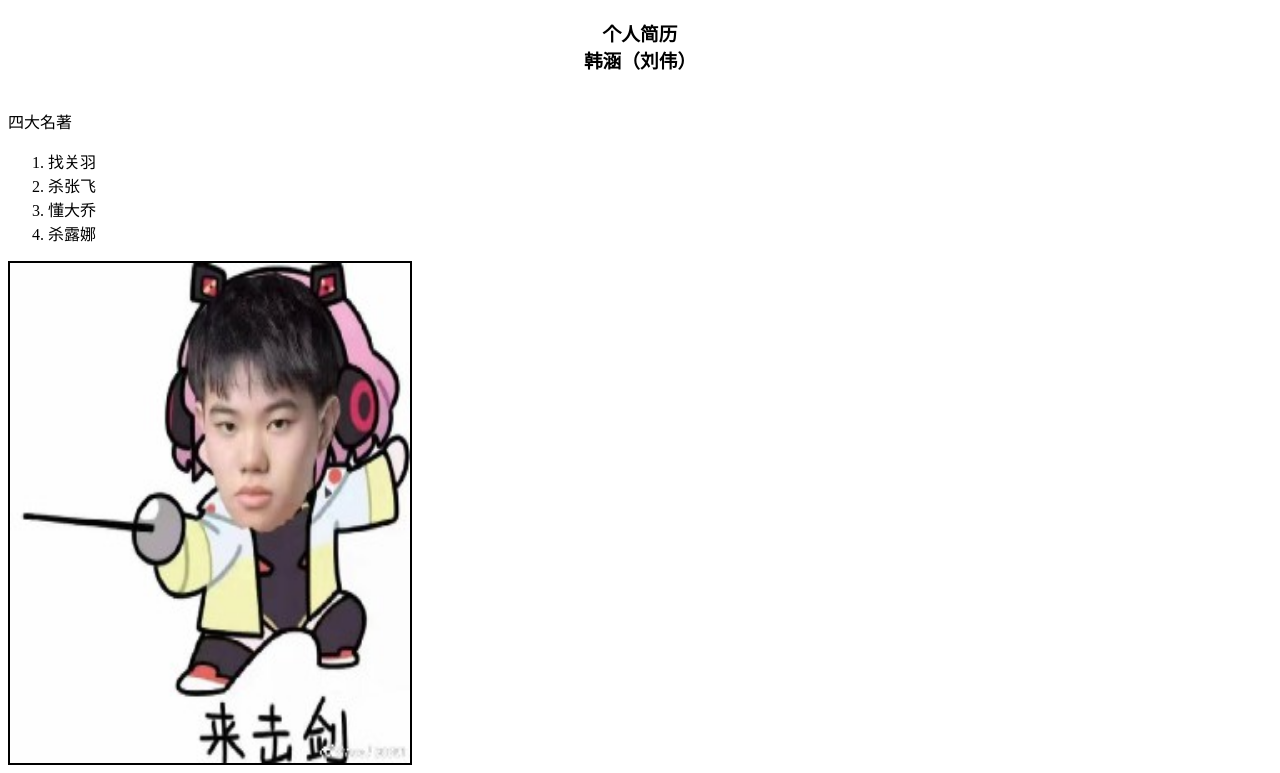
Repository: sheep9590/Test
Page: eclipse-workspace/Prj03/WebRoot/Introduction.html
An editor plug-in stored every save of this project. The page is shown before and after the next save, followed by the edit.
The browser window is 1280 px wide. The pictures show the whole page.

Above is the page before, as saved 2021-09-08 17:13:43.

### eclipse-workspace/Prj03/WebRoot/Introduction.html
<!DOCTYPE html>
<html>
<head>
<meta charset="UTF-8">
<title>虎牙韩涵</title>
</head>
<body>
<h3 align="center">个人简历<br>
韩涵（刘伟）</h3><br>
四大名著
<ol>
<li>找关羽</li>
<li>杀张飞</li>
<li>懂大乔</li>
<li>杀露娜</li>
</ol>
<img src=/Prj03/WebRoot/images/6050f0e86b4b03c05bc1eee5328033e~2.jpg width="400" height="500"
border="2"align="middle">
</body>
</html>

After the next save:
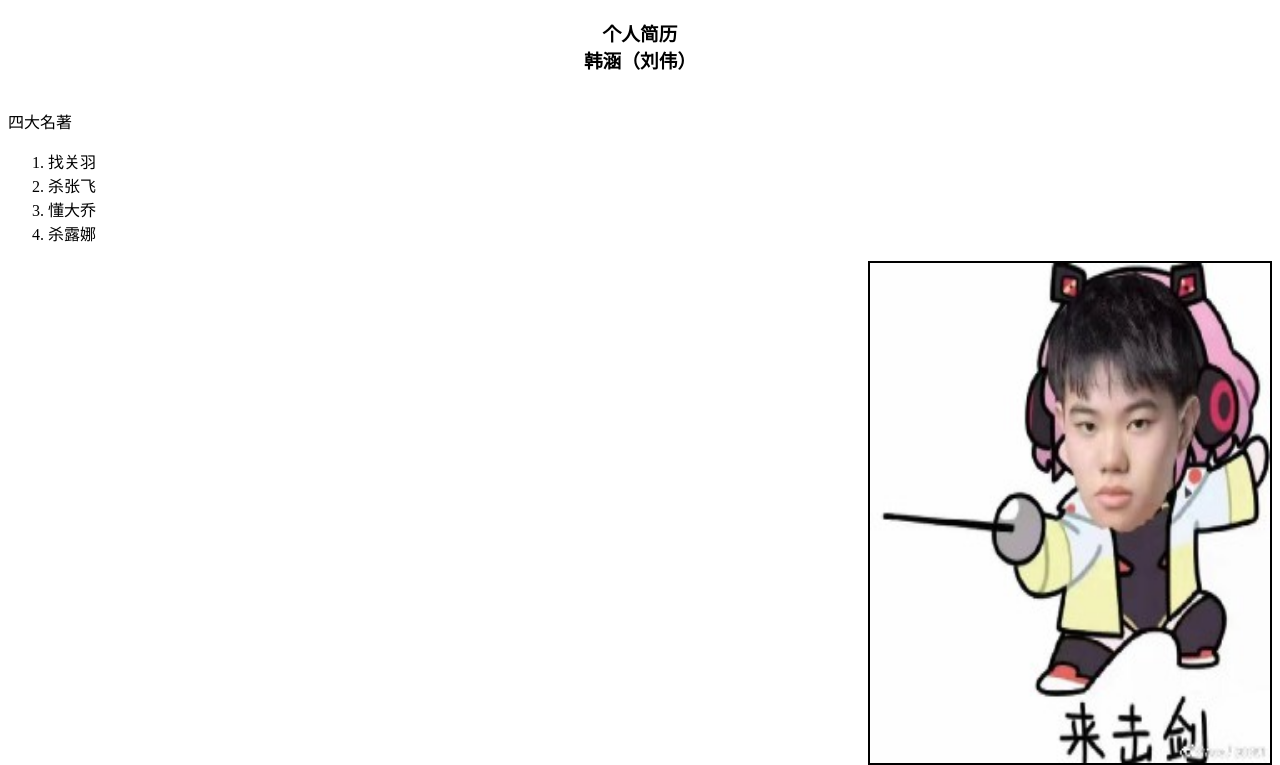
Saved 18 s later.
--- a/eclipse-workspace/Prj03/WebRoot/Introduction.html
+++ b/eclipse-workspace/Prj03/WebRoot/Introduction.html
@@ -15,6 +15,6 @@
 <li>杀露娜</li>
 </ol>
 <img src=/Prj03/WebRoot/images/6050f0e86b4b03c05bc1eee5328033e~2.jpg width="400" height="500"
-border="2"align="middle">
+border="2"align="right">
 </body>
 </html>
